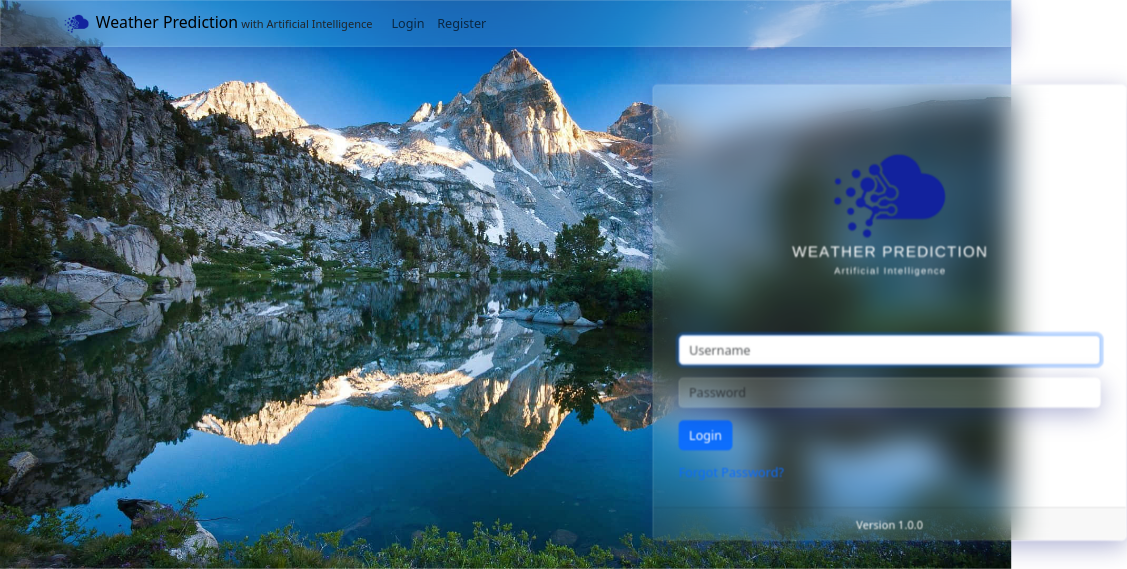
Repository: rustycoder/weather_prediction
Page: http://localhost/weather_admin/
The author's editor kept a copy of each file at every save. The page is drawn from the files as they stood at one save, then again after the next save.
The browser window is 1280 px wide. The page is 1426 px wide, then 1280 px, so the pictures cover 1426 px, including what lies to the right of the window. The pictures show the whole page, at 79% of full size.
Backgrounds fixed to the window are drawn as part of the page. The page is served by the project's application, run on Django 5.2 (manage.py). Other server files are loaded and not shown.

Above is the page before, as saved 2025-03-03 21:54:40.

### weather_admin/templates/login.html
{% extends 'base.html' %}
{% load static %}
{% block content %}
<div id="map" style="height: 600px; width: 600px;" <div class="col-md-4 offset-md-8">
    <div class="card my-5 glass">
        <div class="card-body">
            <div class="col-md-12 px-3">
                <img src="{% static 'images/logo_full_white.png' %}" class="rounded mx-auto d-block" width="300"
                    alt="Weather Prediction Logo">
                <form method="POST" action="{% url 'weather_admin_login' %}">
                    {% csrf_token %}
                    <div class="mb-3">
                        <input type="text" class="form-control glass" name="username" placeholder="Username" required
                            autofocus>
                    </div>
                    <div class="mb-3">
                        <input type="password" class="form-control glass" name="password" placeholder="Password"
                            required>
                    </div>
                    <button type="submit" class="btn btn-primary">Login</button>
                    <div class="mb-3 mt-3">
                        <a href="{% url 'weather_admin_forgot_password' %}"
                            class="link-secondary link-offset-2 link-underline-opacity-25 link-underline-opacity-100-hover text-primary">Forgot
                            Password?</a>
                    </div>
                </form>
            </div>
        </div>
        <div class="card-footer text-body-secondary text-center">
            <small class="text-white">Version 1.0.0</small>
        </div>
    </div>
</div>
{% endblock %}

### weather_admin/templates/base.html
<!doctype html>
<html lang="en">

<head>
    <meta charset="utf-8">
    <meta name="viewport" content="width=device-width, initial-scale=1">
    <title>Weather Prediction</title>
    <link href="https://cdn.jsdelivr.net/npm/bootstrap@5.3.3/dist/css/bootstrap.min.css" rel="stylesheet"
        integrity="sha384-QWTKZyjpPEjISv5WaRU9OFeRpok6YctnYmDr5pNlyT2bRjXh0JMhjY6hW+ALEwIH" crossorigin="anonymous">
    {% load static %}
    <link rel="stylesheet" href="{% static 'css/style.css' %}" type="text/css">
    <link rel="icon" href="{% static 'images/logo_fav.ico' %}" type="image/x-icon">
    <link rel="stylesheet" href="https://unpkg.com/leaflet@1.9.4/dist/leaflet.css"
        integrity="sha256-p4NxAoJBhIIN+hmNHrzRCf9tD/miZyoHS5obTRR9BMY=" crossorigin="" />
    <script src="https://unpkg.com/leaflet@1.9.4/dist/leaflet.js"
        integrity="sha256-20nQCchB9co0qIjJZRGuk2/Z9VM+kNiyxNV1lvTlZBo=" crossorigin=""></script>
</head>

<body class="beautiful_bg">
    {% include 'navbar.html' %}
    <div class="container">
        {% if messages %}
        {% for message in messages %}
        <div class="alert alert-warning alert-dismissible fade show mt-5" role="alert">
            <strong>Hey!</strong> {{message}}
            <button type="button" class="btn-close" data-bs-dismiss="alert" aria-label="Close"></button>
        </div>
        {% endfor %}
        {% endif %}
        {% block content %}
        {% endblock %}
    </div>
    <script src="https://cdn.jsdelivr.net/npm/bootstrap@5.3.3/dist/js/bootstrap.bundle.min.js"
        integrity="sha384-YvpcrYf0tY3lHB60NNkmXc5s9fDVZLESaAA55NDzOxhy9GkcIdslK1eN7N6jIeHz"
        crossorigin="anonymous"></script>
</body>

</html>

### weather_admin/templates/navbar.html
{% load static %}
<nav class="navbar navbar-expand-lg sticky-top glass">
    <div class="container">
        <a class="navbar-brand me-1" href="{% url 'weather_admin_dashboard' %}">
            <img src="{% static 'images/logo.png' %}" alt="Weather Prediction Logo" height="30"
                class="d-inline-block align-text-top me-1">
            Weather Prediction
        </a>
        <small class="fw-lighter mb-0 me-3 align-bottom">with Artificial Intelligence</small>
        <button class="navbar-toggler" type="button" data-bs-toggle="collapse" data-bs-target="#navbarSupportedContent"
            aria-controls="navbarSupportedContent" aria-expanded="false" aria-label="Toggle navigation">
            <span class="navbar-toggler-icon"></span>
        </button>
        <div class="collapse navbar-collapse" id="navbarSupportedContent">
            {% if user.is_authenticated %}
            <ul class="navbar-nav me-auto mb-2 mb-lg-0">
                <li class="nav-item"><a class="nav-link" href="{% url 'weather_admin_dashboard' %}">Dashboard</a></li>
                <li class="nav-item dropdown">
                    <a class="nav-link dropdown-toggle" href="#" role="button" data-bs-toggle="dropdown"
                        aria-expanded="false">
                        Weather
                    </a>
                    <ul class="dropdown-menu">
                        <li><a class="dropdown-item" href="{% url 'weather_admin_weather_realtime' %}">Realtime</a></li>
                        <li><a class="dropdown-item" href="{% url 'weather_admin_weather_forecast' %}">Forecast</a></li>
                        <li>
                            <hr class="dropdown-divider">
                        </li>
                        <li><a class="dropdown-item" href="{% url 'weather_admin_weather_prediction' %}">Prediction</a>
                        </li>
                    </ul>
                </li>
                <li class="nav-item dropdown">
                    <a class="nav-link dropdown-toggle" href="#" role="button" data-bs-toggle="dropdown"
                        aria-expanded="false">
                        Air Pollution
                    </a>
                    <ul class="dropdown-menu">
                        <li><a class="dropdown-item"
                                href="{% url 'weather_admin_air_pollution_realtime' %}">Realtime</a></li>
                        <li><a class="dropdown-item"
                                href="{% url 'weather_admin_air_pollution_forecast' %}">Forecast</a></li>
                    </ul>
                </li>
                <li class="nav-item"><a class="nav-link" href="{% url 'weather_admin_profile' %}">Profile</a></li>
                <li class="nav-item"><a class="nav-link" href="{% url 'weather_admin_logout' %}">Logout</a></li>
            </ul>
            <form class="d-flex" role="search" method="POST" , action="{% url 'weather_admin_search' %}">
                {% csrf_token %}
                <input class="form-control me-2 glass" type="search" placeholder="City, State" aria-label="Search"
                    name="location" required>
                <button class="btn btn-outline-success" type="submit">Search</button>
            </form>
            {% else %}
            <ul class="navbar-nav me-auto mb-2 mb-lg-0">
                <li class="nav-item"><a class="nav-link" href="{% url 'weather_admin_login' %}">Login</a></li>
                <li class="nav-item"><a class="nav-link" href="{% url 'weather_admin_register' %}">Register</a></li>
            </ul>
            {% endif %}
        </div>
    </div>
</nav>

### weather_admin/views.py
from django.shortcuts import redirect, render
from django.template import loader
from django.http import HttpResponse
from django.contrib.auth import authenticate, login, logout
from django.contrib import messages
from django.core.mail import send_mail
from django.contrib.auth.models import User

from weather_prediction.settings import EMAIL_HOST_USER

from .service.OpenWeatherService import OpenWeatherService
from .service.WeatherPredictionService import WeatherPredictionService
from .forms import SignUpForm, ProfileForm
from .models import Profile

from loguru import logger

import random


def admin_dashboard(request):
    if request.user.is_authenticated:
        current_user = User.objects.get(username=request.user)
        current_profile = Profile.objects.get(user=current_user)

        open_weather_service = OpenWeatherService()
        weather_data, error_message = open_weather_service.current_weather_data(27.7172, 85.3240)
        logger.debug(weather_data)

        weather_prediction_service = WeatherPredictionService()
        temperature = weather_data['main']['temp']
        humidity = weather_data['main']['humidity']
        pressure = weather_data['main']['pressure']
        predicted_weather_main = weather_prediction_service.predict_weather_main(
            temperature=temperature,
            humidity=humidity,
            pressure=pressure
        )
        logger.debug(predicted_weather_main)

        open_weather_service = OpenWeatherService()
        air_pollution_data, error_message = open_weather_service.current_air_pollution_data(27.7172, 85.3240)
        logger.debug(air_pollution_data)

        return render(request, 'dashboard.html', {'current_user':current_user, 'current_profile':current_profile, 'weather_data':weather_data, 'air_pollution_data':air_pollution_data, 'predicted_weather_main':predicted_weather_main})
    else:
        return render(request, 'login.html', {})


def admin_search(request):
    if request.user.is_authenticated:
        if request.method == 'POST':
            location = request.POST['location']
            logger.debug(location)
            if len(location)!=0:
                logger.debug("Location found")
                open_weather_service = OpenWeatherService()
                weather_data, error_message = open_weather_service.current_weather_search(location=location)
                logger.debug(weather_data)
                messages.success(request, f"Weather overview for {location}.")
                return render(request, 'search.html', {'weather_data':weather_data, 'location':location})
        return redirect('weather_admin_dashboard')
    return render(request, 'login.html', {})


def profile(request):
    if request.user.is_authenticated:
        current_user = User.objects.get(username=request.user)
        current_profile = Profile.objects.get(user=current_user)
        return render(request, 'profile.html', {'current_user':current_user, 'current_profile':current_profile})
    else:
        return render(request, 'login.html', {})



def weather_realtime(request):
    if request.user.is_authenticated:
        open_weather_service = OpenWeatherService()
        weather_data, error_message = open_weather_service.current_weather_data(27.7172, 85.3240)
        logger.debug(weather_data)
        return render(request, 'weather_realtime.html', {'weather_data':weather_data})
    else:
        return render(request, 'login.html', {})



def air_pollution_realtime(request):
    if request.user.is_authenticated:
        open_weather_service = OpenWeatherService()
        air_pollution_data, error_message = open_weather_service.current_air_pollution_data(27.7172, 85.3240)
        logger.debug(air_pollution_data)
        return render(request, 'air_pollution_realtime.html', {'air_pollution_data':air_pollution_data})
    else:
        return render(request, 'login.html', {})



def weather_forecast(request):
    if request.user.is_authenticated:
        open_weather_service = OpenWeatherService()
        weather_forecast, error_message = open_weather_service.five_day_weather_forecast(27.7172, 85.3240)
        logger.debug(weather_forecast)
        return render(request, 'weather_forecast.html', {'weather_forecast':weather_forecast})
    else:
        return render(request, 'login.html', {})



def air_pollution_forecast(request):
    if request.user.is_authenticated:
        open_weather_service = OpenWeatherService()
        air_pollution_forecast, error_message = open_weather_service.forecast_air_pollution_data(27.7172, 85.3240)
        logger.debug(air_pollution_forecast)
        return render(request, 'air_pollution_forecast.html', {'air_pollution_forecast':air_pollution_forecast})
    else:
        return render(request, 'login.html', {})



def weather_prediction(request):
    if request.user.is_authenticated:
        open_weather_service = OpenWeatherService()
        weather_data, error_message = open_weather_service.current_weather_data(27.7172, 85.3240)

        weather_prediction_service = WeatherPredictionService()
        temperature = weather_data['main']['temp']
        humidity = weather_data['main']['humidity']
        pressure = weather_data['main']['pressure']
        predicted_weather_main = weather_prediction_service.predict_weather_main(
            temperature=temperature,
            humidity=humidity,
            pressure=pressure
        )

        logger.debug(weather_data)
        return render(request, 'weather_prediction.html', {'temperature':temperature, 'humidity':humidity, 'pressure':pressure, 'predicted_weather_main':predicted_weather_main})
    else:
        return render(request, 'login.html', {})
''


def admin_login(request):
    if request.user.is_authenticated:
        messages.success(request, "You have been logged in.")
        return redirect('weather_admin_dashboard')
    else:
        if request.method == 'POST':
            username = request.POST['username']
            password = request.POST['password']
            user = authenticate(request=request, username=username, password=password)
            if user is not None:
                login(request, user)
                messages.success(request, "You have been logged in.")
                return redirect('weather_admin_dashboard')
            else:
                messages.success(request, "Invalid username and password. Please try again!.")
                return render(request, 'login.html', {})
        else:
            return render(request, 'login.html', {})



def admin_register(request):
    if request.user.is_authenticated:
        messages.success(request, "You have been logged in.")
        return redirect('weather_admin_dashboard')
    else:
        if request.method == 'POST':
            form = SignUpForm(request.POST)
            if form.is_valid():
                form.save()
                # Authenticate and login
                username = form.cleaned_data['username']
                password = form.cleaned_data['password1']
                user = authenticate(username=username, password=password)
                logger.debug(user)
                login(request, user)
                current_user = User.objects.get(username=user)
                current_profile = Profile()
                logger.debug(current_profile)
                current_profile.otp = random.randint(1000000, 9999999)
                current_profile.user = current_user
                current_profile.save()
                messages.success(request, "You Have Successfully Registered! Welcome!")
                return redirect('weather_admin_dashboard')
        else:
            form = SignUpForm()
            return render(request, 'register.html', {'form':form})
    return render(request, 'register.html', {'form':form})



def profile_update(request):
    if request.user.is_authenticated:
        current_user = User.objects.get(username=request.user)
        current_profile = Profile.objects.get(user=current_user)
        if request.method == 'GET':
            form = ProfileForm(instance=current_profile)
            return render(request, 'profile_update.html', {'form':form})
        elif request.method == 'POST':
            form = ProfileForm(request.POST)
            if form.is_valid():
                current_profile.phone = form.cleaned_data['phone']
                current_profile.address = form.cleaned_data['address']
                current_profile.city = form.cleaned_data['city']
                current_profile.state = form.cleaned_data['state']
                current_profile.zipcode = form.cleaned_data['zipcode']
                current_profile.save()
                messages.success(request, "You Have Successfully Updated Your Profile.")
                return redirect('weather_admin_profile')
            else:
                return render(request, 'profile_update.html', {'form':form})
    else:
        return render(request, 'login.html', {})



def admin_logout(request):
    logout(request)
    messages.success(request, "You have logged out.")
    return redirect('weather_admin_login')



def admin_forgot_password(request):
    if request.user.is_authenticated:
        messages.success(request, "You have been logged in.")
        return redirect('weather_admin_dashboard')
    else:
        if request.method == 'POST':
            email = request.POST['email']
            if User.objects.filter(email=email).exists():
                # TODO Send Email
                user = User.objects.get(email=email)
                profile = Profile.objects.get(user=user)
                send_mail(
                    "Reset your password : Weather Prediction Application",
                    f"Hey {user}, want to reset password. Click on the link http://127.0.0.1:8000/weather_admin/reset_password?username={user}&otp={profile.otp}",
                    EMAIL_HOST_USER,
                    [email],
                    fail_silently=False,
                )
                messages.success(request, f"Reset password link has been sent to your {email}.")
                return render(request, 'forgot_password.html', {})
            else:
                messages.success(request, f"{email} does not exist.")
                return render(request, 'forgot_password.html', {})
        else:
            return render(request, 'forgot_password.html', {})



def admin_reset_password(request):
    if request.user.is_authenticated:
        messages.success(request, "You have been logged in.")
        return redirect('weather_admin_dashboard')
    else:
        if request.method == 'GET':
            username = request.GET['username']
            otp = request.GET['otp']
            return render(request, 'reset_password.html', {'username':username, 'otp':otp})
        elif request.method == 'POST':
            username = request.POST['username']
            otp = request.POST['otp']
            password1 = request.POST['password1']
            password2 = request.POST['password2']
            if password1 == password2:
                if User.objects.filter(username=username).exists():
                    db_user = User.objects.get(username=username)
                    db_profile = Profile.objects.get(user=db_user)
                    if db_profile.otp == otp:
                        db_user.set_password(password1)
                        db_user.save()
                        messages.success(request, f"Password has been reset. Try to login with new password")
                        return redirect('weather_admin_login')
                    else:
                        messages.success(request, f"Password do not match. Try again")
                        return render(request, 'reset_password.html', {'username':username, 'otp':otp})
            else:
                messages.success(request, f"Password do not match. Try again")
                return render(request, 'reset_password.html', {'username':username, 'otp':otp})
        else:
            return redirect('weather_admin_login')

### weather_prediction/urls.py
"""
URL configuration for weather_prediction project.

The `urlpatterns` list routes URLs to views. For more information please see:
    https://docs.djangoproject.com/en/5.1/topics/http/urls/
Examples:
Function views
    1. Add an import:  from my_app import views
    2. Add a URL to urlpatterns:  path('', views.home, name='home')
Class-based views
    1. Add an import:  from other_app.views import Home
    2. Add a URL to urlpatterns:  path('', Home.as_view(), name='home')
Including another URLconf
    1. Import the include() function: from django.urls import include, path
    2. Add a URL to urlpatterns:  path('blog/', include('blog.urls'))
"""
from django.contrib import admin
from django.urls import path, include

urlpatterns = [
    path('admin/', admin.site.urls),
    path('weather_admin/', include('weather_admin.urls')),
]

### weather_admin/urls.py
from django.urls import path
from . import views

urlpatterns = [
    path('', views.admin_dashboard, name='weather_admin_dashboard'),
    path('search', views.admin_search, name='weather_admin_search'),
    path('login', views.admin_login, name='weather_admin_login'),
    path('register', views.admin_register, name='weather_admin_register'),
    path('logout', views.admin_logout, name='weather_admin_logout'),
    path('forgot_password', views.admin_forgot_password, name='weather_admin_forgot_password'),
    path('reset_password', views.admin_reset_password, name='weather_admin_reset_password'),

    path('profile', views.profile, name='weather_admin_profile'),
    path('update_profile', views.profile_update, name='weather_admin_profile_update'),

    path('weather_realtime', views.weather_realtime, name='weather_admin_weather_realtime'),
    path('weather_forecast', views.weather_forecast, name='weather_admin_weather_forecast'),
    path('weather_prediction', views.weather_prediction, name='weather_admin_weather_prediction'),

    path('air_pollution_realtime', views.air_pollution_realtime, name='weather_admin_air_pollution_realtime'),
    path('air_pollution_forecast', views.air_pollution_forecast, name='weather_admin_air_pollution_forecast'),

]

### weather_admin/static/css/style.css
.bd-callout {
    --bs-link-color-rgb: var(--bd-callout-link);
    --bs-code-color: var(--bd-callout-code-color);
    padding: 1.25rem;
    margin-top: 1.25rem;
    margin-bottom: 1.25rem;
    color: var(--bd-callout-color, inherit);
    background-color: var(--bd-callout-bg, var(--bs-gray-100));
    border-left: 0.25rem solid var(--bd-callout-border, var(--bs-gray-300));
}

.bd-callout-info {
    --bd-callout-color: var(--bs-info-text-emphasis);
    --bd-callout-bg: var(--bs-info-bg-subtle);
    --bd-callout-border: var(--bs-info-border-subtle);
}
.bd-callout {
    --bs-link-color-rgb: var(--bd-callout-link);
    --bs-code-color: var(--bd-callout-code-color);
    padding: 1.25rem;
    margin-top: 1.25rem;
    margin-bottom: 1.25rem;
    color: var(--bd-callout-color, inherit);
    background-color: var(--bd-callout-bg, var(--bs-gray-100));
    border-left: 0.25rem solid var(--bd-callout-border, var(--bs-gray-300));
}

.bd-callout-info {
    --bd-callout-color: var(--bs-info-text-emphasis);
    --bd-callout-bg: var(--bs-info-bg-subtle);
    --bd-callout-border: var(--bs-info-border-subtle);
}
.glass {
    background: rgba( 255, 255, 255, 0.1 );
    box-shadow: 0 8px 32px 0 rgba( 31, 38, 135, 0.37 );
    backdrop-filter: blur( 20px );
    -webkit-backdrop-filter: blur( 20px );
    border: 1px solid rgba( 255, 255, 255, 0.18 );
}

.beautiful_bg {
    background-image: url('../images/beautiful_bg.jpg');
    background-repeat: no-repeat;
    background-attachment: fixed;
    background-size: cover;
}

After the next save:
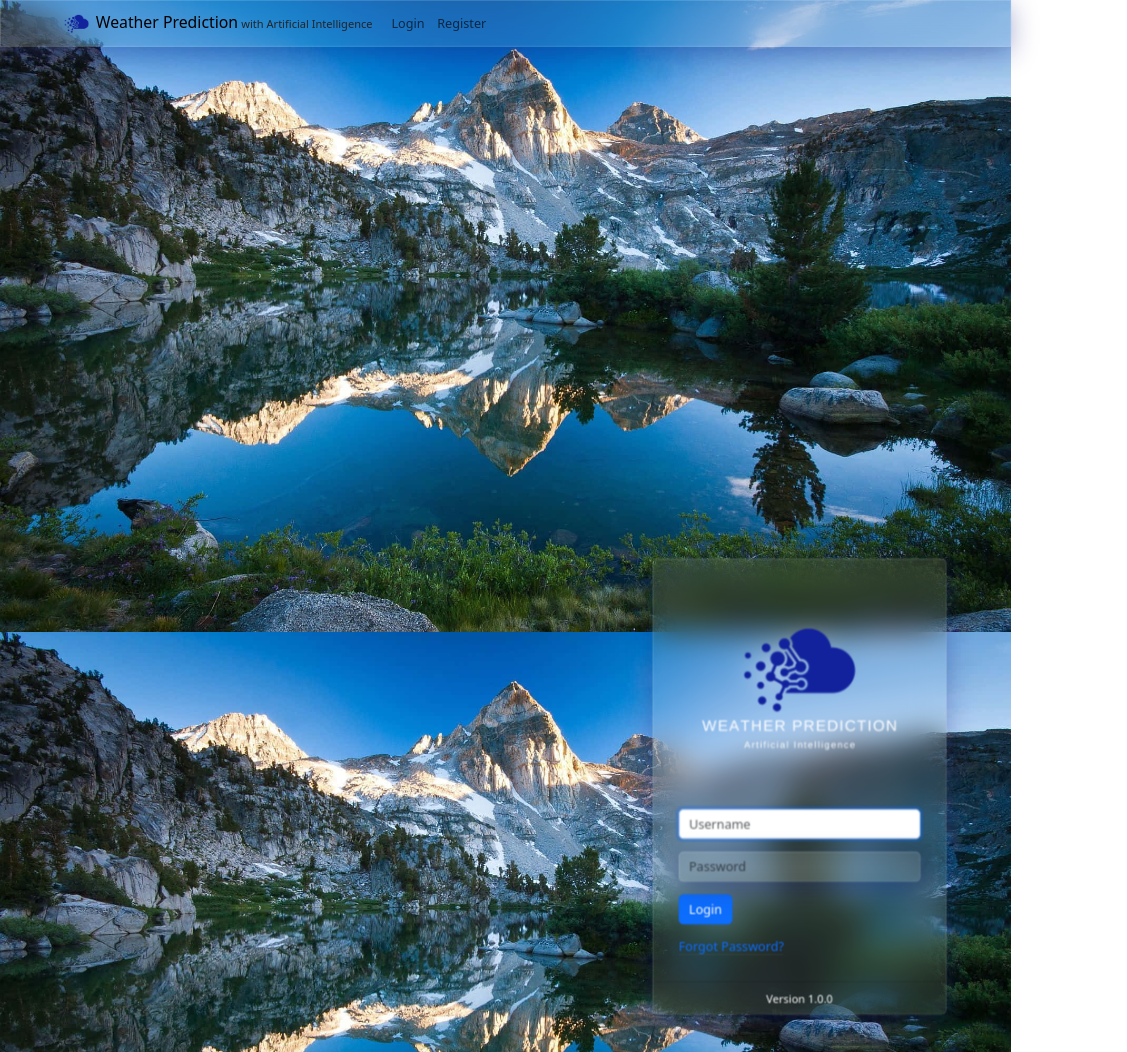
Saved 5 s later.
--- a/weather_admin/templates/login.html
+++ b/weather_admin/templates/login.html
@@ -1,7 +1,8 @@
 {% extends 'base.html' %}
 {% load static %}
 {% block content %}
-<div id="map" style="height: 600px; width: 600px;" <div class="col-md-4 offset-md-8">
+<div id="map" style="height: 600px; width: 600px;"></div>
+<div class="col-md-4 offset-md-8">
     <div class="card my-5 glass">
         <div class="card-body">
             <div class="col-md-12 px-3">
